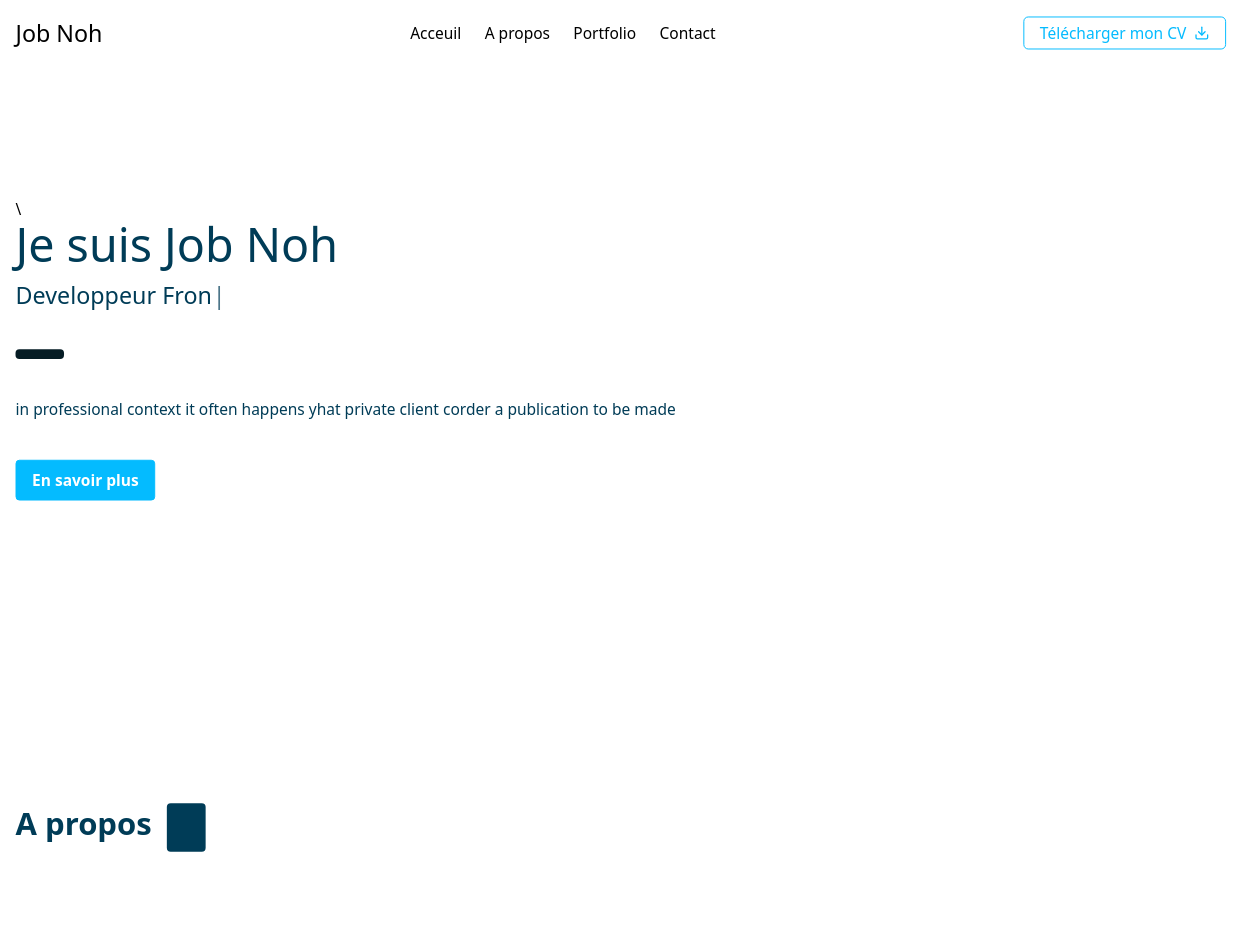
Repository: anoy1010/Nextportfolio
Page: /
The author's editor kept a copy of each file at every save. The page is drawn from the files as they stood at one save, then again after the next save.
The browser window is 1280 px wide. The pictures show the whole page, at 97% of full size.
Backgrounds fixed to the window are drawn as part of the page. The project was rebuilt for these pictures with package versions that can differ from the ones it lists, and the page was loaded fresh each time. The framework's server and built-in components were replaced by stand-ins that run in the browser. Also part of the build but not shown: next.config.js, styles/Home.module.css.

Above is the page before, as saved 2023-03-06 17:21:56.

### pages/index.js
import Head from 'next/head'
import Image from 'next/image'
import { Inter } from '@next/font/google'
import styles from '../styles/Home.module.css'
import Navbar from '../components/Navbar'
import Hero from '../components/Hero'
import About from '../components/About'
const inter = Inter({ subsets: ['latin'] })

export default function Home() {
  return (
    <>
      <Head>
        <title>Portfolio | Noh Job</title>
        <meta name="description" content="Generated by create next app" />
        <meta name="viewport" content="width=device-width, initial-scale=1" />
        <link rel="icon" href="/favicon.ico" />
      </Head>

      <header>
        < Navbar />
      </header>

      <main>
        <Hero />
        <About/>
      </main>

    </>
  )
}

### styles/globals.css
@tailwind base;
@tailwind components;
@tailwind utilities;

@layer components {
  .btn{
    @apply bg-[#04bbff] text-white py-2 px-4 rounded inline-block mt-10 font-bold border border-[#04bbff] hover:bg-transparent hover:text-[#04bbff] transition duration-200
  }
}

### components/Navbar.js
import Link from 'next/link'
import React from 'react'
import {FiDownload} from 'react-icons/fi'
import {RiMenu5Line} from 'react-icons/ri'

const Navbar = () => {
  return (
    <div className='bg-white fixed top-0 w-[100%] z-10 '>
        <div className='container mx-auto flex justify-between items-center py-4 px-4'>
            <div className='text-[24px]'>Job Noh</div>

            <div className='hidden md:flex gap-6'>

                <Link href='/Acceuil' className='hover:text-[#04bbff]'>
                    Acceuil
                </Link>
                <Link href='/A propos' className='hover:text-[#04bbff]' >
                    A propos
                </Link>
                <Link href='/Portfolio' className='hover:text-[#04bbff]'>
                    Portfolio
                </Link>
                <Link href='/Contact' className='hover:text-[#04bbff]'>
                    Contact
                </Link>



            </div>

            <a href='#' className='hidden  md:flex border border-[#04bbff] px-4 py-1 text-[#04bbff] rounded-[5px] items-center gap-2 hover:bg-[#04bbff] hover:text-white transition duration-200 '>
                Télécharger mon CV
                <FiDownload/>
                </a>

            <div className='md:hidden text-[24px] '>
                <RiMenu5Line/>
            </div>
        </div>
    </div>
  )
}

export default Navbar

### components/Hero.js
import React from 'react'

import Typewriter, { TypewriterClass } from "typewriter-effect"
import Button from '../components/Button'

const Hero = () => {
  return (
    <div className='bg-[url("")] h-screen bg-cover bg-center bg-fixed flex items-center'>
        <div className='container mx-auto px-4'>\
            <div className='max-x-[450px] text-[#003c57] flex flex-col gap-[40px]'>
                <div>
                    <h1 className='text-5xl'>
                        Je suis Job Noh
                    </h1>
                    <h4 className=' text-2xl mt-3'>
                        <Typewriter
                            options = {{
                                strings: [
                                    "Developpeur Front-end",
                                    "Developpeur Back-end",
                                    "Analyste de donnée",
                                    "Chef de projet",
                                    "Graphic designer",
                                    "Developpeur mobile"
                                ],
                                changeDelay:3,
                                changeDeleteSpeed:2,
                                autoStart:true,
                                loop:true,
                            }}
                        />
                    </h4>
                </div>

                <div className='bg-[#051c24] h-[10px] w-[50px] rounded'>
                </div>

                <div>
                    <p>
                    in professional context it often happens yhat private client
                    corder a publication to be made
                    </p>
                    <Button link="#" text="En savoir plus" />
                </div>

            </div>

        </div>
    </div>
  )
}

export default Hero

### components/About.js
import React from 'react'
import Heading from './Heading'

const About = () => {
  return (
    <section className='container mx-auto py-10 px-4'>

        <Heading title="A propos"/>

        <div className='grid grid-cols-1 md:grid-cols-2 gap-[60px]'>

            <div>
                <img className='w-[400px]' src="/" alt="" />
            </div>
            <div>
                <div className='flex items-center justify-between w-[300px]'>
                    <div className='flex flex-col gap-6'>
                        <div className='flex gap-4 items-center font-medium '></div>
                    </div>
                </div>
            </div>
        </div>

    </section>
  )
}

export default About

### components/Button.js
import React from 'react'

const Button = ({text, link}) => {
  return (
    <a href={link}className='btn'>{text}</a>
  )
}

export default Button

### components/Heading.js
import React from 'react'

const Heading = ({title}) => {
  return (
    <div className='text-[#003c57] text-[32px] font-bold flex items-center gap-4 py-16'>
        {title}
        <div className='bg-[#003c57] h-[50px] w-[40px] translate-y-1 rounded'></div>
    </div>
  )
}

export default Heading

Loaded but not shown: pages/_app.js (common file); pages/_document.js (common file); tailwind.config.js (common file)

After the next save:
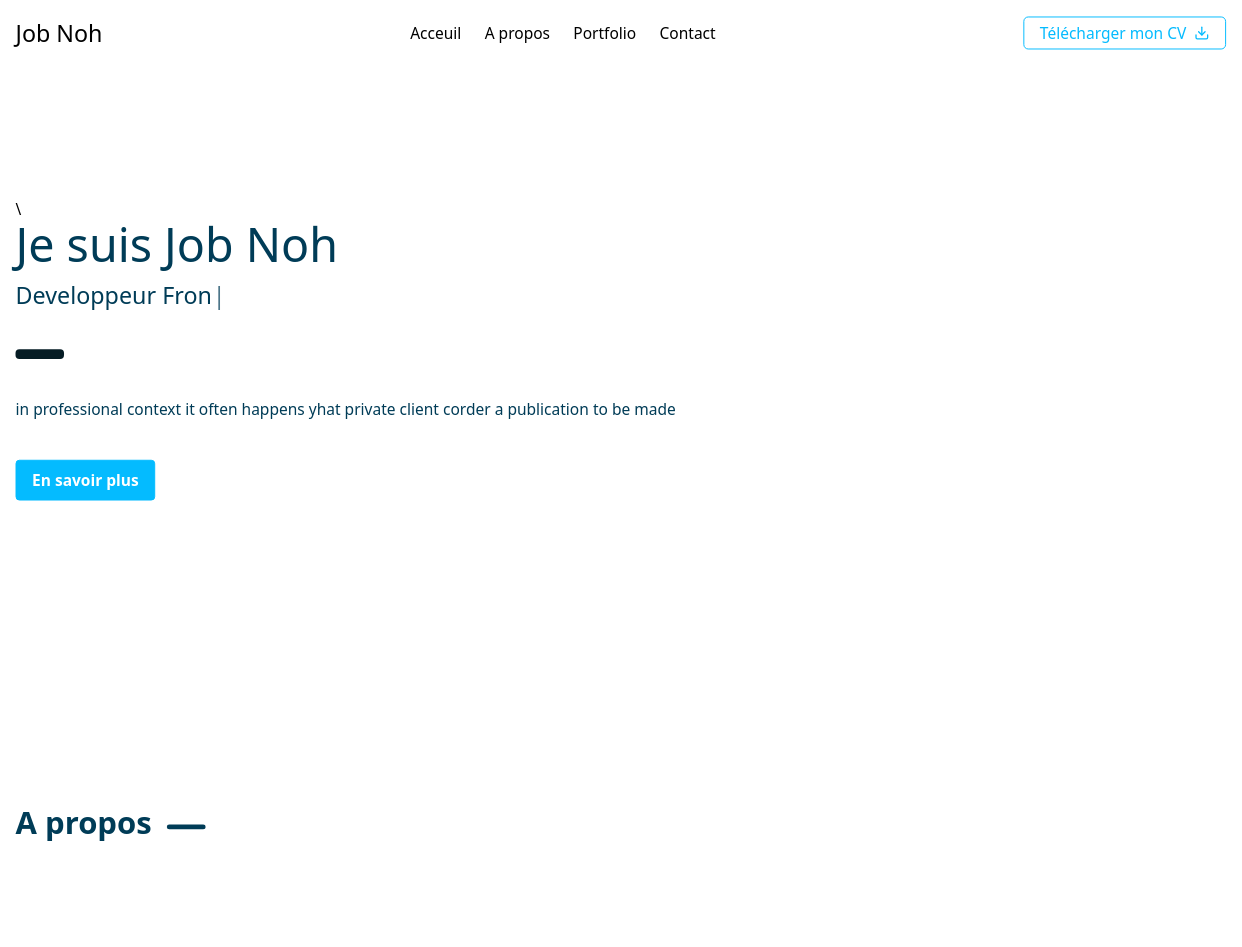
Saved 10 s later.
--- a/components/Heading.js
+++ b/components/Heading.js
@@ -4,7 +4,7 @@ const Heading = ({title}) => {
   return (
     <div className='text-[#003c57] text-[32px] font-bold flex items-center gap-4 py-16'>
         {title}
-        <div className='bg-[#003c57] h-[50px] w-[40px] translate-y-1 rounded'></div>
+        <div className='bg-[#003c57] h-[5px] w-[40px] translate-y-1 rounded'></div>
     </div>
   )
 }
